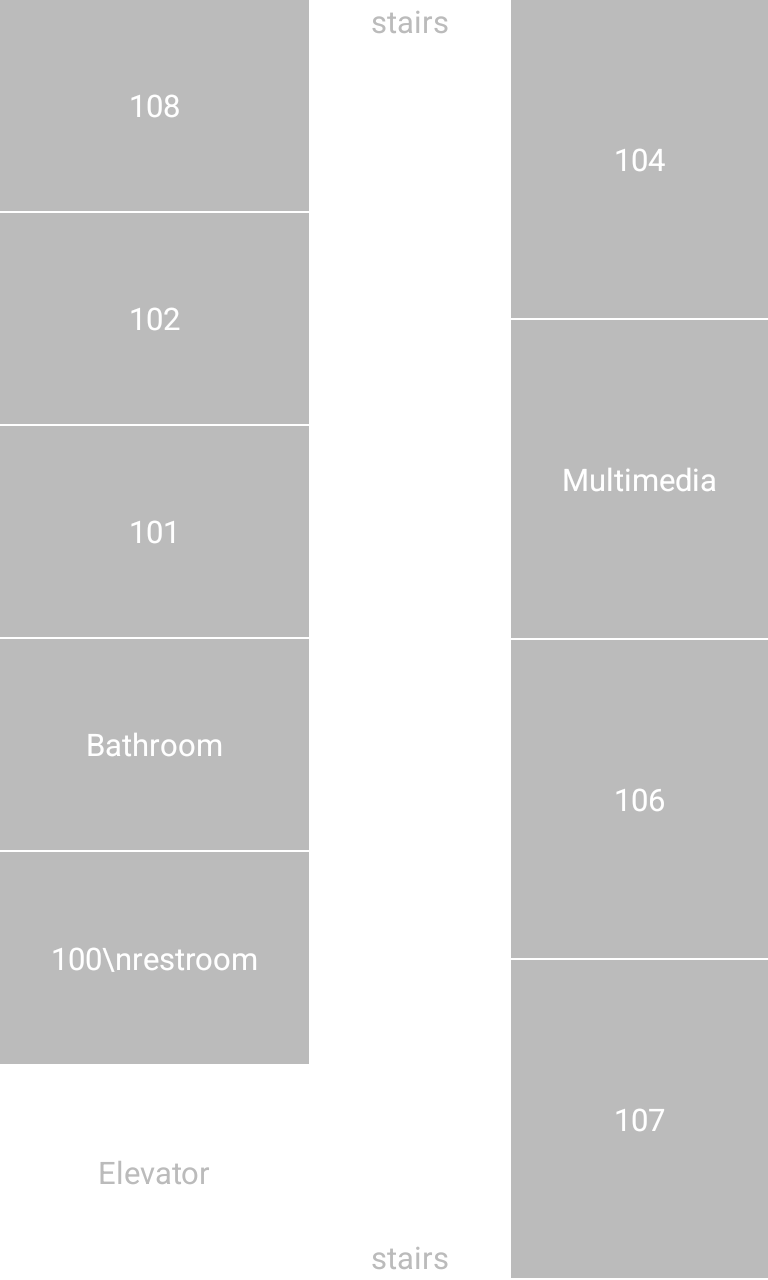
Repository: Choi-HyunWoo/Baddest
Layout: WorkOn_SELLA/workspace/BaddestHansung/res/layout/campus_gonghaka.xml
An editor plug-in stored every save of this project. The layout is shown before and after the next save, followed by the edit.
It is drawn on a 768 x 1280 px phone screen (xhdpi) without system bars, with theme android:Theme.Light.NoTitleBar; the app's code is not run.

Above is the layout before, as saved 2014-05-29 12:03:47.

After the next save:
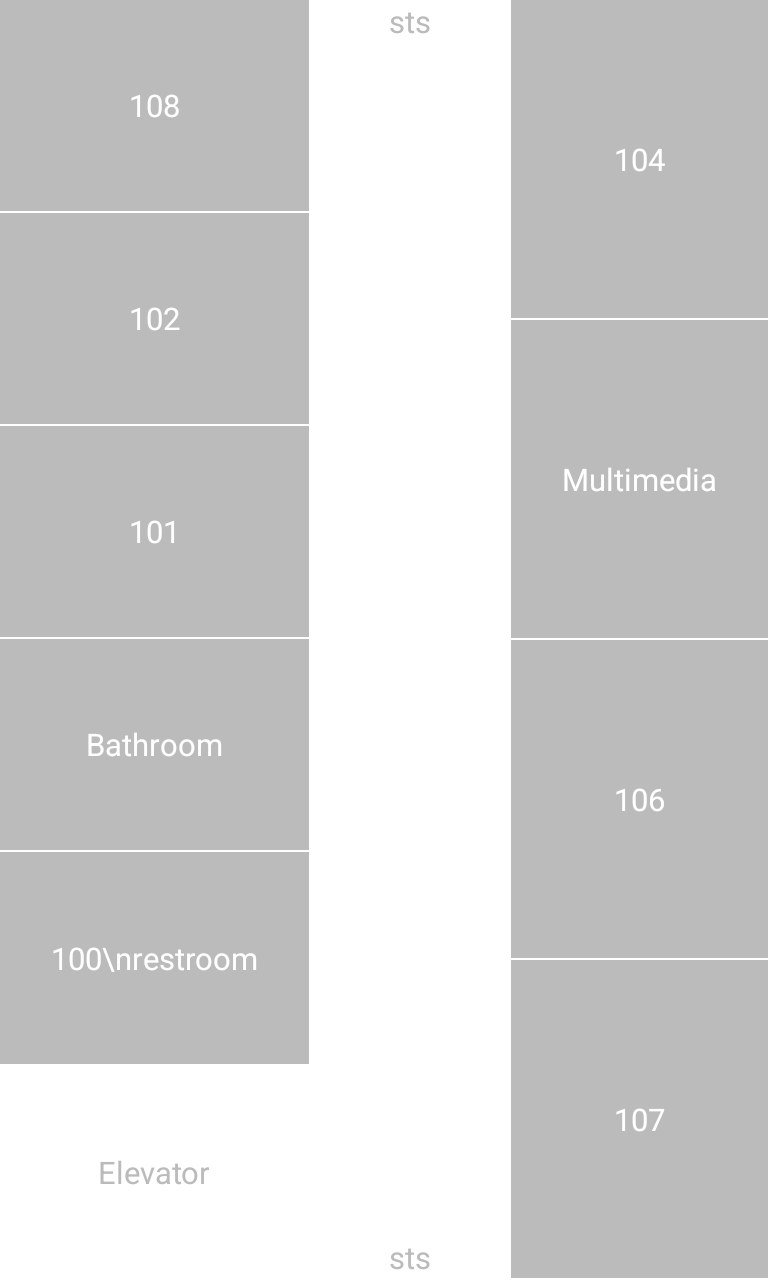
Saved 22 s later.
--- a/WorkOn_SELLA/workspace/BaddestHansung/res/layout/campus_gonghaka.xml
+++ b/WorkOn_SELLA/workspace/BaddestHansung/res/layout/campus_gonghaka.xml
@@ -36,13 +36,13 @@
         android:layout_weight="1"
         android:orientation="vertical" >
 	    <TextView
-	        android:text="stairs"
+	        android:text="sts"
 	        style="@style/WhitePlace"
 	        android:layout_width="match_parent"
 	        android:layout_height="wrap_content"
 	        android:layout_alignParentTop="true" />
 	    <TextView
-	        android:text="stairs"
+	        android:text="sts"
 	        style="@style/WhitePlace"
 	        android:layout_width="match_parent"
 	        android:layout_height="wrap_content"
